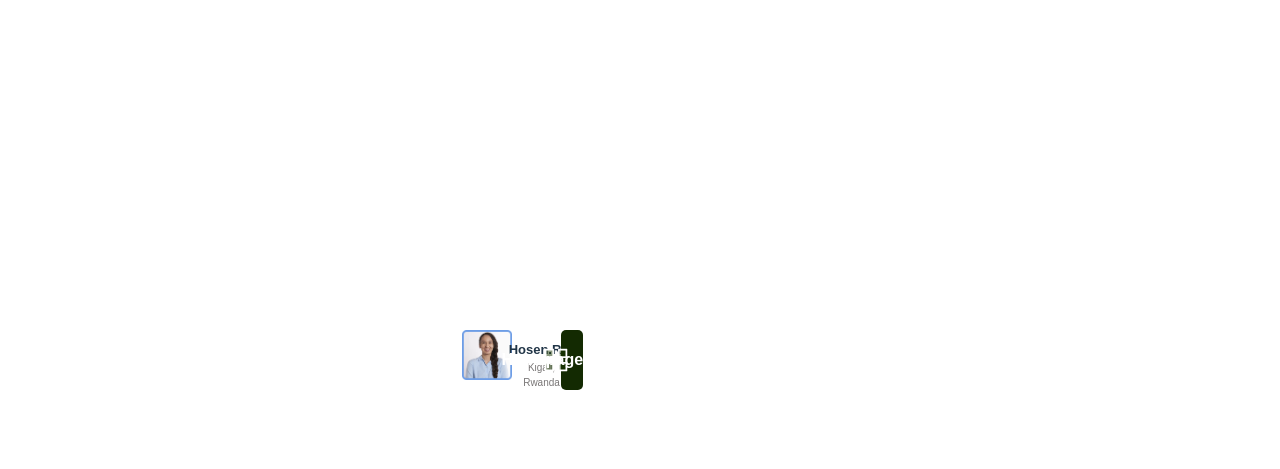
Repository: Auda-frontend/Kenshikeza
Page: /
An editor plug-in stored every save of this project. The page is shown before and after the next save, followed by the edit.
The browser window is 1280 px wide. The pictures show the whole page.
The project was rebuilt for these pictures with package versions that can differ from the ones it lists, and the page was loaded fresh each time. Also part of the build but not shown: vite.config.js.

Above is the page before, as saved 2024-01-25 09:44:22.

### src/App.jsx
import './App.css'
import SideBar from './Components/SideBar'

function App() {
  return (
    <div>
      <SideBar />
    </div>
  )
}

export default App

### src/Components/SideBar.jsx
import React from "react";
import Profile from "../assets/Rectangle 79.png";
import './SideBar.css';
import HomeIcon from "../assets/ep_menu.png";

function SideBar() {
  return (
    <div className="container">
    <div className="leftSide">

      <img src={Profile} alt="Profile photo" className="profilePhoto" />
      <div className="desc">
      <h2 className="names">Hosen.R</h2>
      <p>Kigali, Rwanda</p>
      </div>
      <div className="homepage">
        <img src={HomeIcon} alt="Menu icon" className="homeIcon" />
        <h2>Homepage</h2>
      </div>
    </div>
    </div>
  );
}

export default SideBar;

### src/Components/SideBar.css
*{
    margin: 0;
    padding: 0;
    box-sizing: border-box;
    font-family: sans-serif;
}
.container{
    padding: 0;
}
.leftSide{
    display: flex;
    max-width: 25%;
    max-height: 100%;
    /* flex-direction: column; */
}
.leftSide .profilePhoto{
    float: left;
    width: 50px;
    height: 50px;
    margin-left: -50px;
    margin-right: 10px;
}
.desc{
    display: table-column;
    align-items: center;
    padding-top: 10px;
    /* padding: 5px;
    background-color: aqua; */
}
.desc .names{
    font-size: small;
    margin-left: -13px;
}
.desc p{
    font-size: x-small;
    color: rgb(121, 118, 118)
}
.homepage{
background-color: #132A02;
width: 180px;
display: flex;
align-items: center;
border-radius: 5px;
justify-content: space-around;
}
.homepage .homeIcon{
    width: 30px;
    float: left;
    margin-left: -20px;
}
.homepage h2{
    color: white;
    font-size: medium;
    margin-left: -70px;
}

Loaded but not shown: index.html (common file); src/main.jsx (common file); src/index.css (common file); src/App.css (common file)

After the next save:
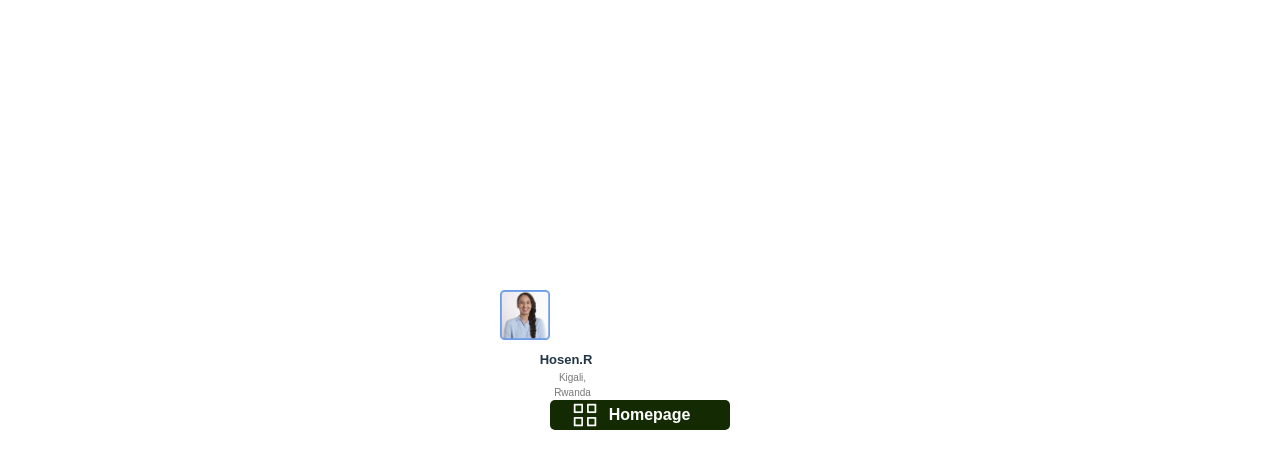
Saved 38 s later.
--- a/src/Components/SideBar.css
+++ b/src/Components/SideBar.css
@@ -11,7 +11,7 @@
     display: flex;
     max-width: 25%;
     max-height: 100%;
-    /* flex-direction: column; */
+    flex-direction: column;
 }
 .leftSide .profilePhoto{
     float: left;
